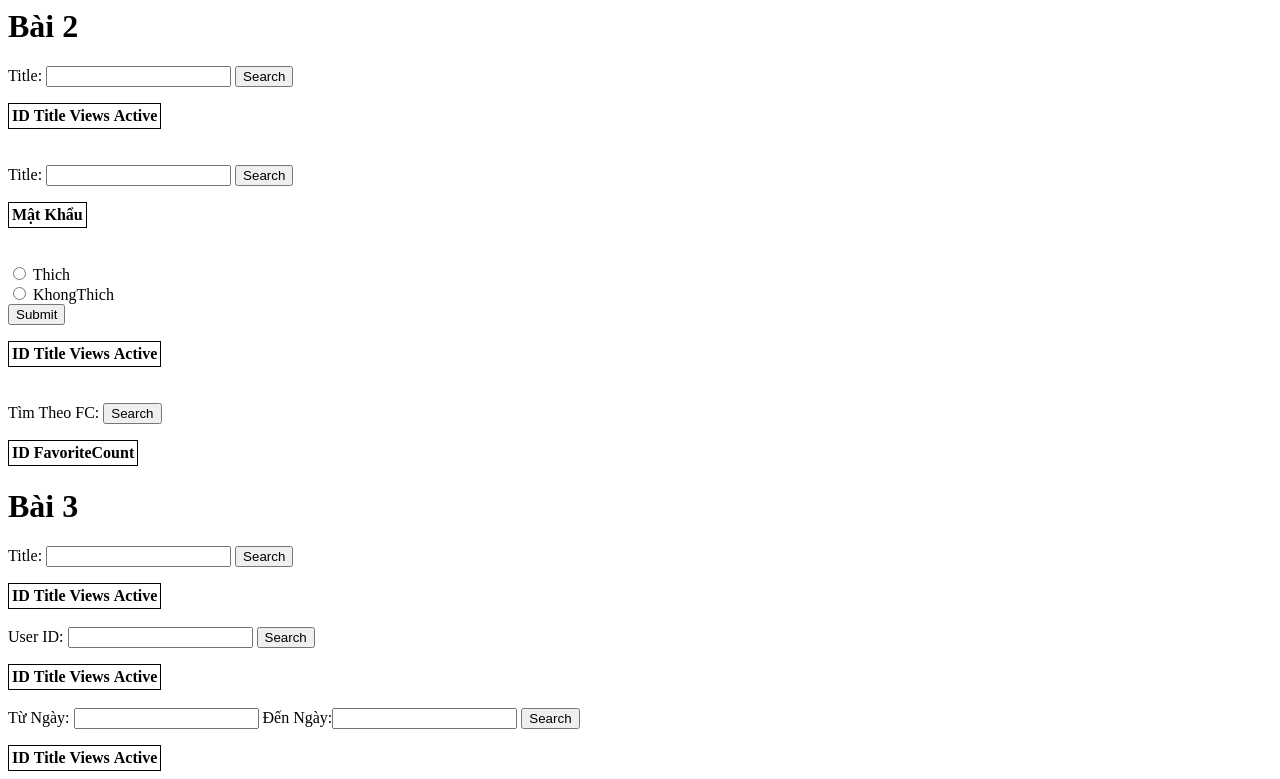
Repository: Hacorbie/Java-Servlet
Page: http://localhost/ASM_JV4/views/NewFile.jsp
An editor plug-in stored every save of this project. The page is shown before and after the next save, followed by the edit.
The browser window is 1280 px wide. The pictures show the whole page.
The page is served by Tomcat 9. The template is opened directly, without the code that normally fills it, so the values that code supplies are empty.

Above is the page before, as saved 2023-04-05 08:20:40.

After the next save:
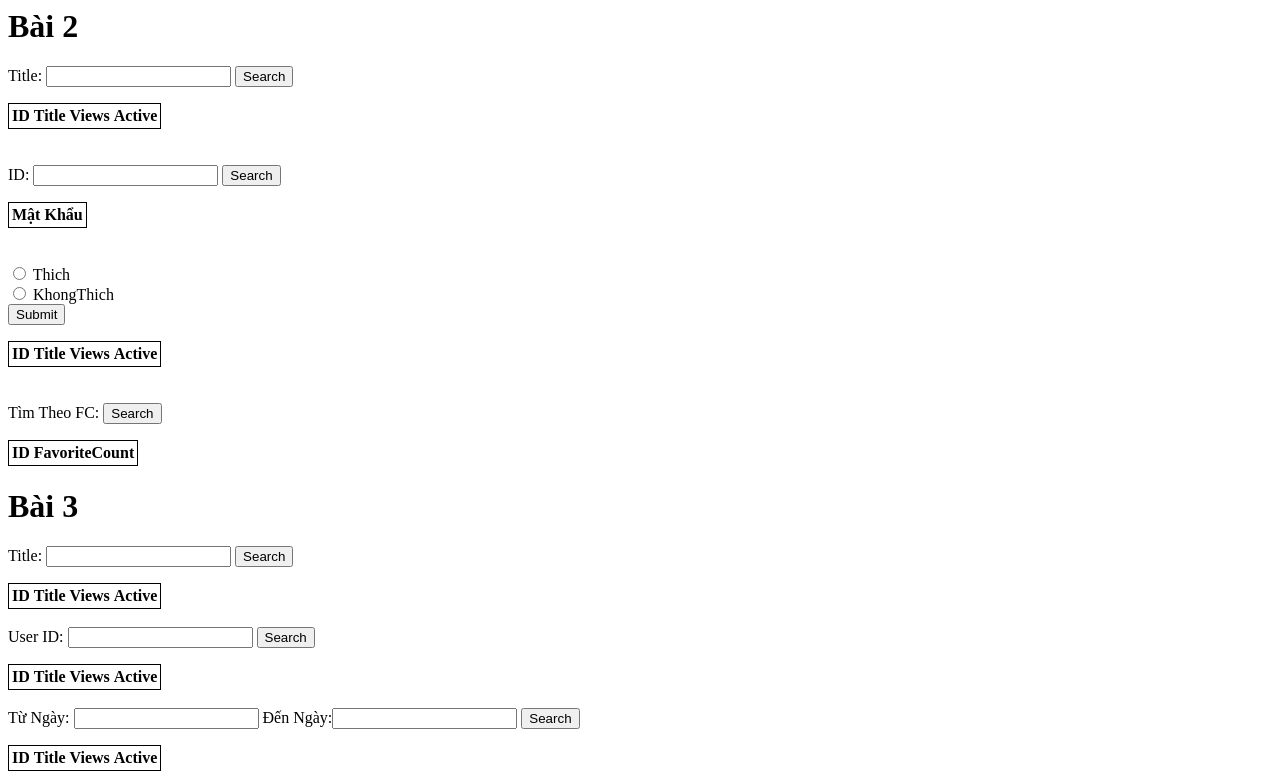
Saved 4 min 41 s later.
--- a/ASM_JV4/src/main/webapp/views/NewFile.jsp
+++ b/ASM_JV4/src/main/webapp/views/NewFile.jsp
@@ -36,7 +36,7 @@
 	<br>
 	<br>
 	<form action="${url}/SearchUser" method="POST">
-		<label>Title:</label> <input type="text" name="searchUserByVid">
+		<label>ID:</label> <input type="text" name="searchUserByVid">
 		<button type="submit">Search</button>
 
 	</form>
